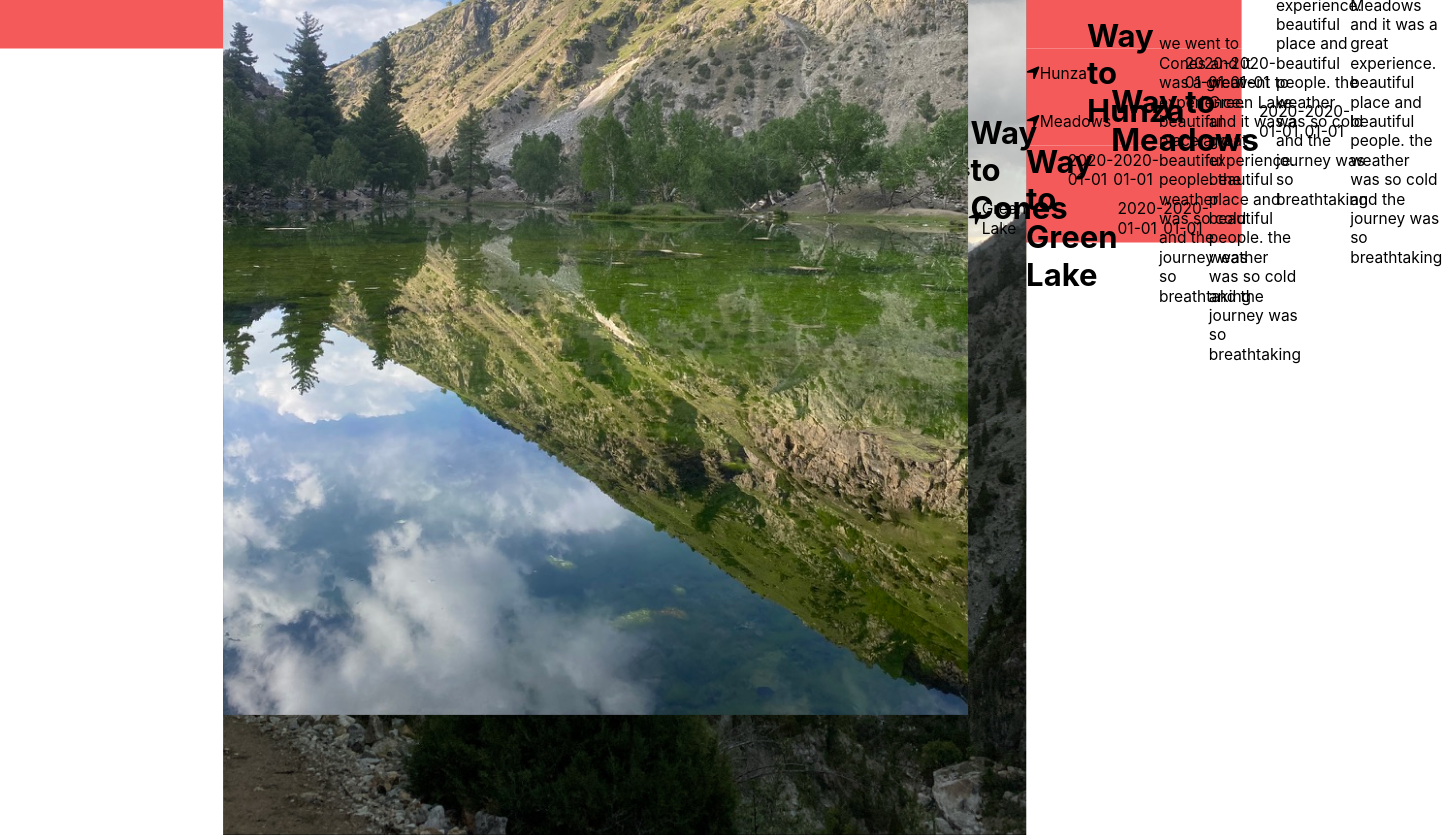
Repository: mortiestmorty1/travel-journal
Page: /
An editor plug-in stored every save of this project. The page is shown before and after the next save, followed by the edit.
The browser window is 1280 px wide. The page is 1487 px wide, then 1280 px, so the pictures cover 1487 px, including what lies to the right of the window. The pictures show the whole page, at 97% of full size.
The project was rebuilt for these pictures with package versions that can differ from the ones it lists, and the page was loaded fresh each time.

Above is the page before, as saved 2024-01-17 14:42:47.

### src/App.js
import logo from './logo.svg';
import './App.css';
import Navbar from "./components/navbar";
import Data from "./components/data.js";
import Content from "./components/content.js";

function App() {
  const  Memories = Data.map((item) => {
    return<Content
          key={item.id}
          item={item}
    />
  })
  return (
    <div className="App">
      <Navbar />
      {Memories}
    </div>
  );
}

export default App;

### src/App.css
.Nav-container{
    display: flex;
    justify-content: space-between;
    align-items: center;
    background-color: #F55A5A;
    height: 50px;
}
.navbar{
    display: flex;
    justify-content: space-between;
    align-items: center;
    background-color: #F55A5A;
    margin-left: 230px;
}
.title{
  color: azure;
  font-weight: 500;
  margin-left: 5px;
}
.earth{
  width: 30px;
  height: 30px;
  margin-left: 5px;
  color: azure;
}
.content-container{
  display: flex;
  justify-content: space-between;
  align-items: center;
  background-color: #F55A5A;
  height: 50px;
  margin-left: 230px;
}

### src/components/navbar.js
import React from "react";
import { FontAwesomeIcon } from "@fortawesome/react-fontawesome";
import { faEarth } from "@fortawesome/free-solid-svg-icons";
import "../App.css";

function Navbar(){
    return(
        <div className="Nav-container">
            <nav className="navbar">
                <FontAwesomeIcon icon={faEarth} className="earth"></FontAwesomeIcon>
                <span className="title">
                        my travel journal
                </span>
            </nav>
        </div>
    )
}
export default Navbar;

### src/components/data.js
import Hunza from "./way-to-hunza.jpeg";
import Meadows from "./way-to-meadows.jpeg";
import Cones from "./cones.jpeg";
import Glake from "./green-lake.jpeg";

export default [
    {
        id:1,
        img: Hunza,
        location: "Hunza",
        googlelink: "https://www.google.com/maps/place/Hunza+Valley,+Gilgit-Baltistan,+Pakistan/",
        Title: "Way to Hunza",
        datestart:"2020-01-01",
        dateend: "2020-01-01",
        description:"we went to hunza and it was a great experience. beautiful place and beautiful people. the weather was so cold and the journey was so breathtaking"
    }
    ,
    {
        id:2,
        img: Meadows,
        location: "Meadows",
        googlelink: "https://www.google.com/maps/place/Meadows,+Gilgit-Baltistan,+Pakistan/",
        Title: "Way to Meadows",
        datestart:"2020-01-01",
        dateend: "2020-01-01",
        description:"we went to Meadows and it was a great experience. beautiful place and beautiful people. the weather was so cold and the journey was so breathtaking"
    }
    ,
    {
        id:3,
        img: Cones,
        location: "Cones",
        googlelink: "https://www.google.com/maps/place/Cones,+Gilgit-Baltistan,+Pakistan/",
        Title: "Way to Cones",
        datestart:"2020-01-01",
        dateend: "2020-01-01",
        description:"we went to Cones and it was a great experience. beautiful place and beautiful people. the weather was so cold and the journey was so breathtaking"
    }
    ,
    {
        id:4,
        img: Glake,
        location: "Green Lake",
        googlelink: "https://www.google.com/maps/place/Green+Lake,+Gilgit-Baltistan,+Pakistan/",
        Title: "Way to Green Lake",
        datestart:"2020-01-01",
        dateend: "2020-01-01",
        description:"we went to Green Lake and it was a great experience. beautiful place and beautiful people. the weather was so cold and the journey was so breathtaking"
    }
]

### src/components/content.js
import React from "react";
import { FontAwesomeIcon } from "@fortawesome/react-fontawesome";
import { faLocationArrow } from "@fortawesome/free-solid-svg-icons";
import "../App.css";
function Content(props){

    return(
        <div className="content-container">
            <img className="image" src={props.item.img}>
            </img>
            <FontAwesomeIcon icon={faLocationArrow} className="location"></FontAwesomeIcon>
            <span className="location">
                {props.item.location}
            </span>
            <a href={props.googlelink}></a>
            <h1 className="Title">{props.item.Title}</h1>
            <span className="date-start">{props.item.datestart}</span>
            <span className="date-end">{props.item.dateend}</span>
            <p className="description">{props.item.description}</p>
        </div>
    )
}

export default Content;

Loaded but not shown: public/index.html (common file); src/index.js (common file); src/index.css (common file); src/reportWebVitals.js (common file)

After the next save:
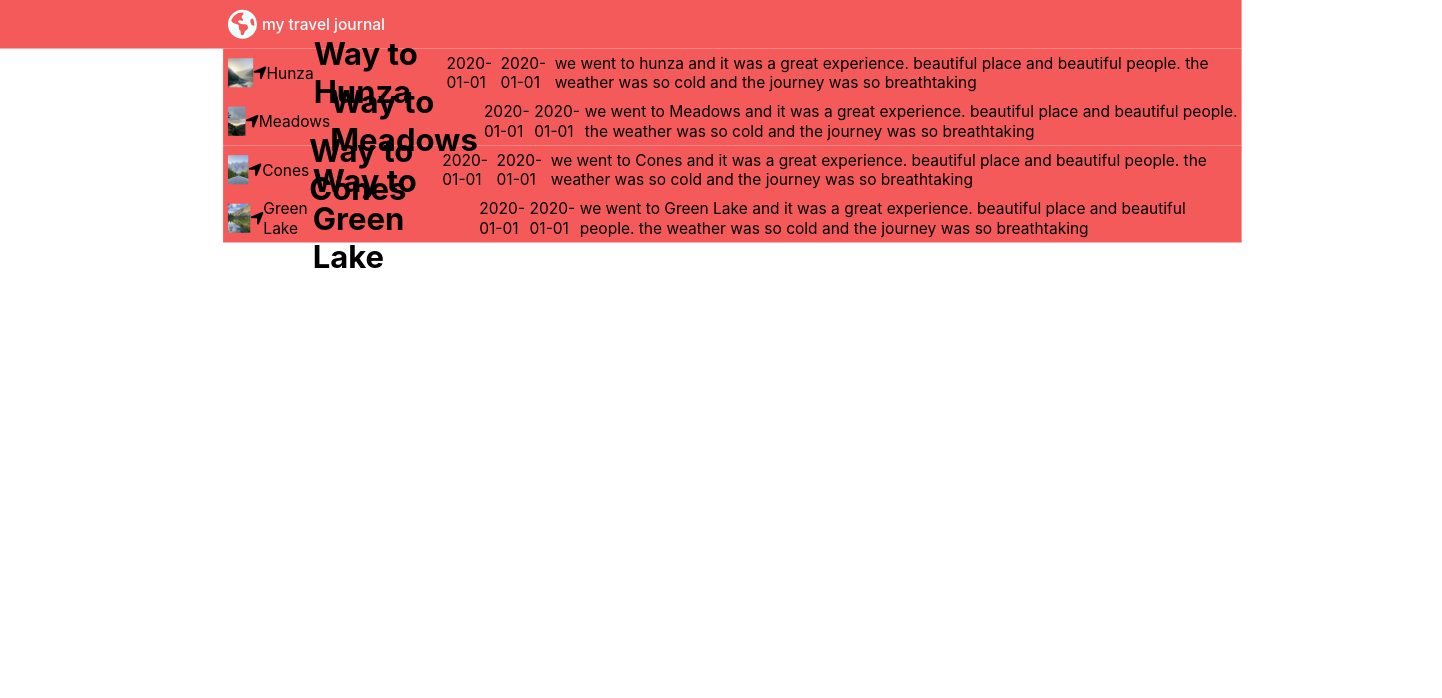
Saved 76 s later.
--- a/src/App.css
+++ b/src/App.css
@@ -31,3 +31,9 @@
   height: 50px;
   margin-left: 230px;
 }
+.image{
+  width: 30px;
+  height: 30px;
+  margin-left: 5px;
+  color: azure;
+}
